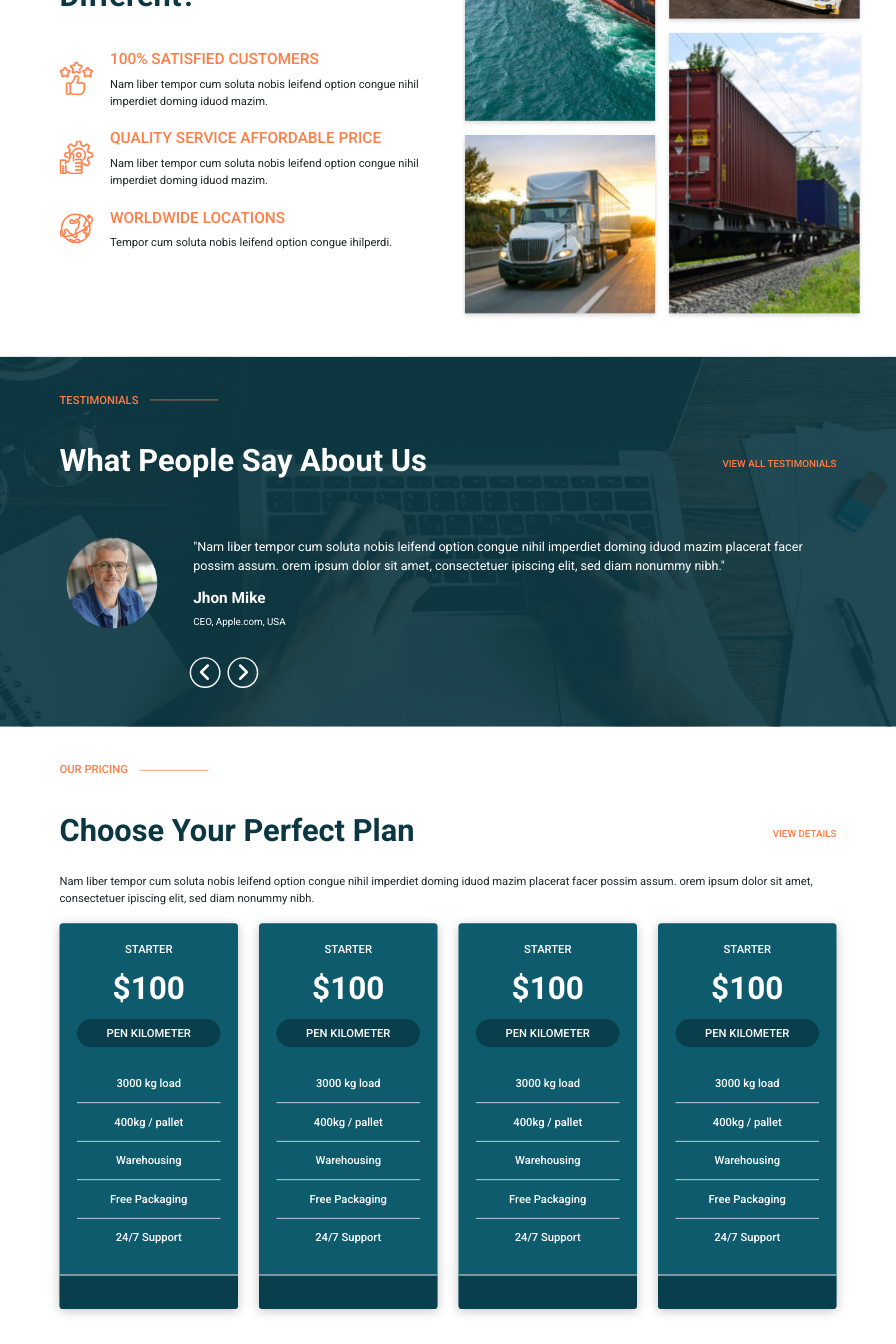
Repository: nazmulalok/shipping-theme
Page: index.html
The author's editor kept a copy of each file at every save. The page is drawn from the files as they stood at one save, then again after the next save.
The browser window is 1280 px wide. The pictures show the part of the page from y = 2697 to 4617 px (the page is 4617 px tall), at 70% of full size.
Some web libraries are served in a nearby version.

Above is the page before, as saved 2022-10-09 15:54:46.

After the next save:
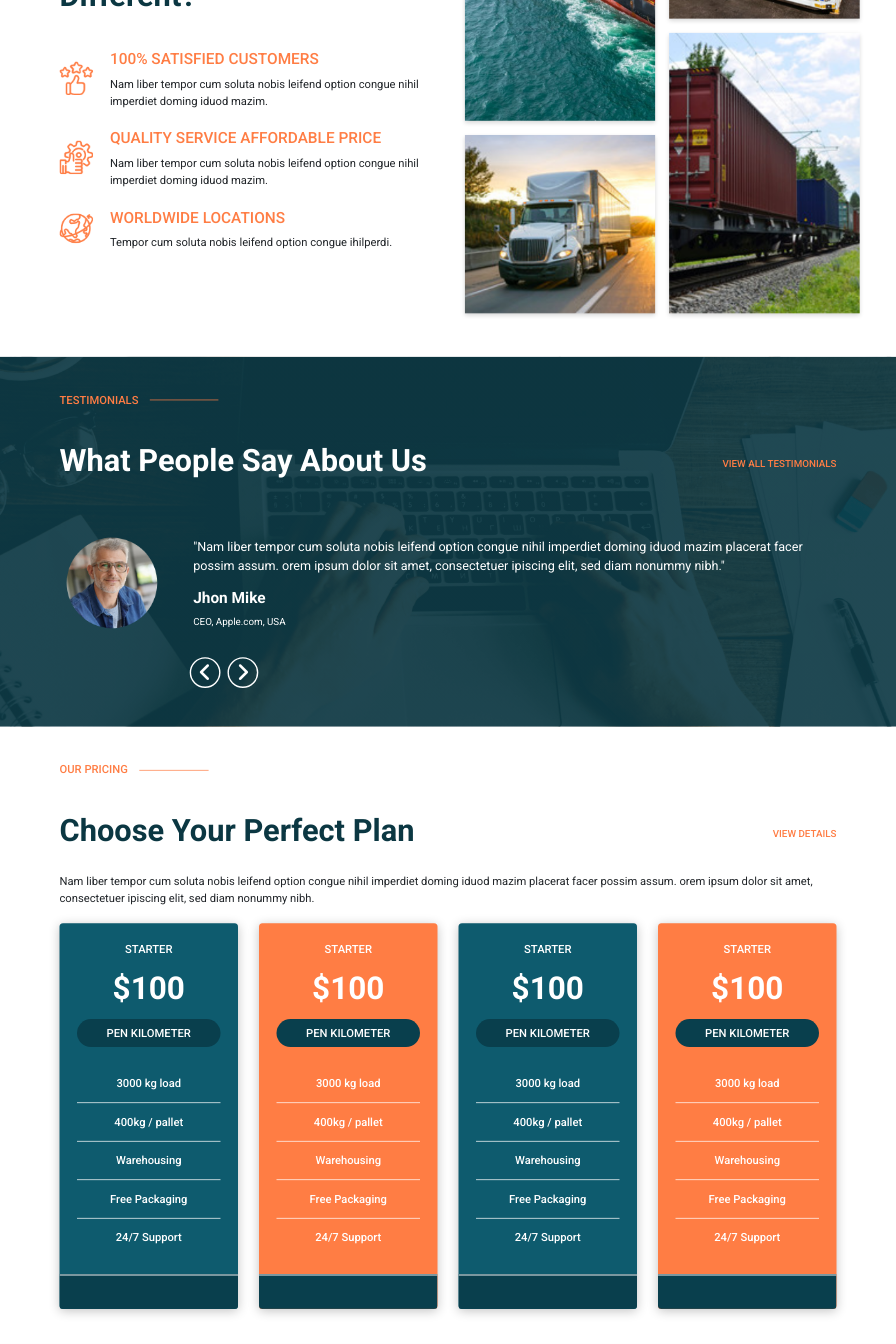
Saved 14 s later.
--- a/index.html
+++ b/index.html
@@ -369,7 +369,7 @@
                         </div>
                     </div>
                     <div class="col-lg-3">
-                        <div class="common-box bg-blue">
+                        <div class="common-box bg-orange">
                             <div class="content">
                                 <div class="pricing-title">
                                     <span>Starter</span>
@@ -411,7 +411,7 @@
                         </div>
                     </div>
                     <div class="col-lg-3">
-                        <div class="common-box bg-blue">
+                        <div class="common-box bg-orange">
                             <div class="content">
                                 <div class="pricing-title">
                                     <span>Starter</span>
